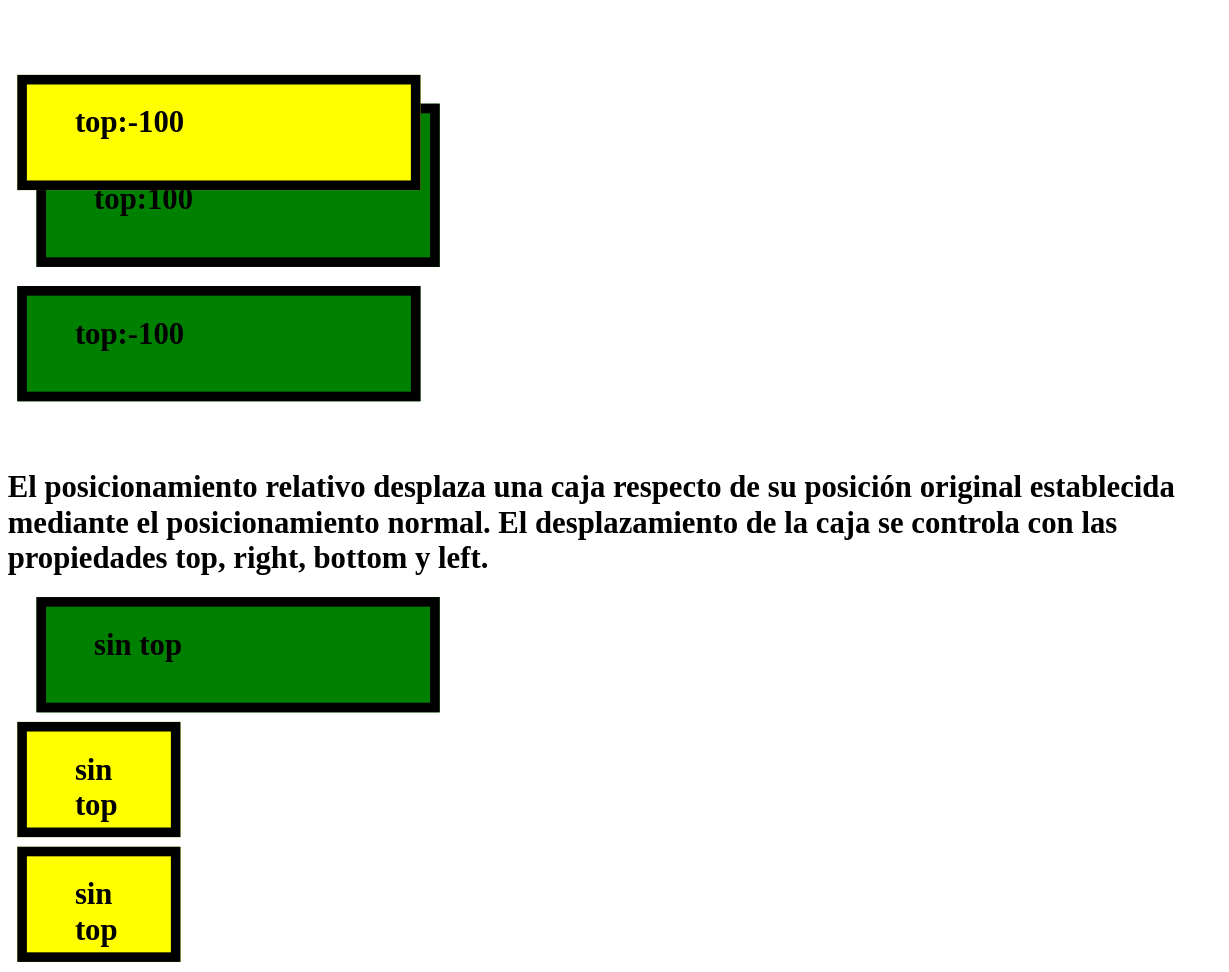
Repository: antonio63j/misNotas
Page: software/CSS/Demos/aptana_proyect/src/relativo.html
An editor plug-in stored every save of this project. The page is shown before and after the next save, followed by the edit.
The browser window is 1280 px wide. The pictures show the whole page, at 96% of full size.

Above is the page before, as saved 2017-04-23 17:10:09.

After the next save:
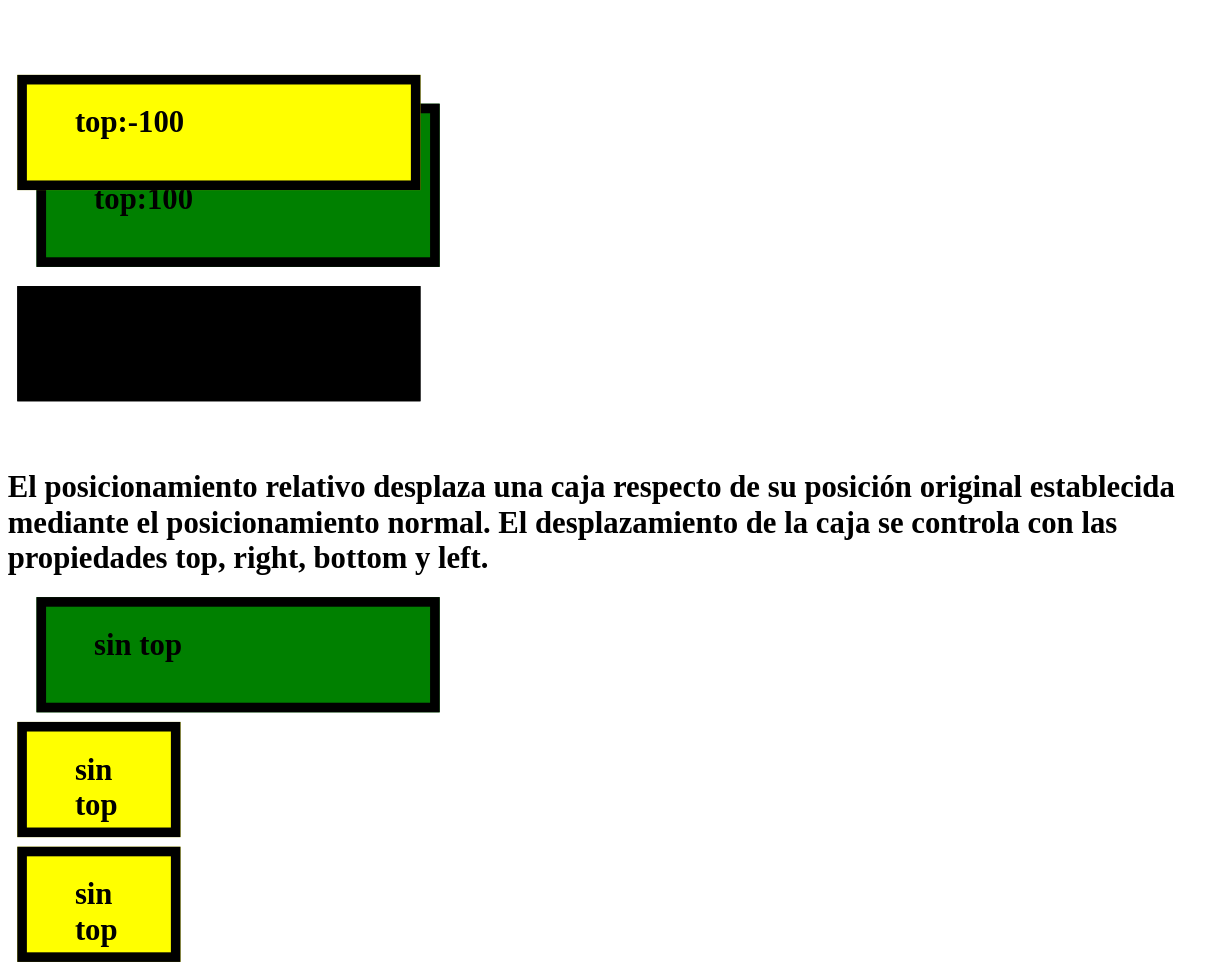
Saved 65 s later.
--- a/software/CSS/Demos/aptana_proyect/src/relativo.html
+++ b/software/CSS/Demos/aptana_proyect/src/relativo.html
@@ -43,7 +43,7 @@
   margin-right:  10px;
   border: 10px solid black;
   margin-bottom:10px;
-  background-color:green;
+  background-color: #000000;
 }
 
 #caja11 {
